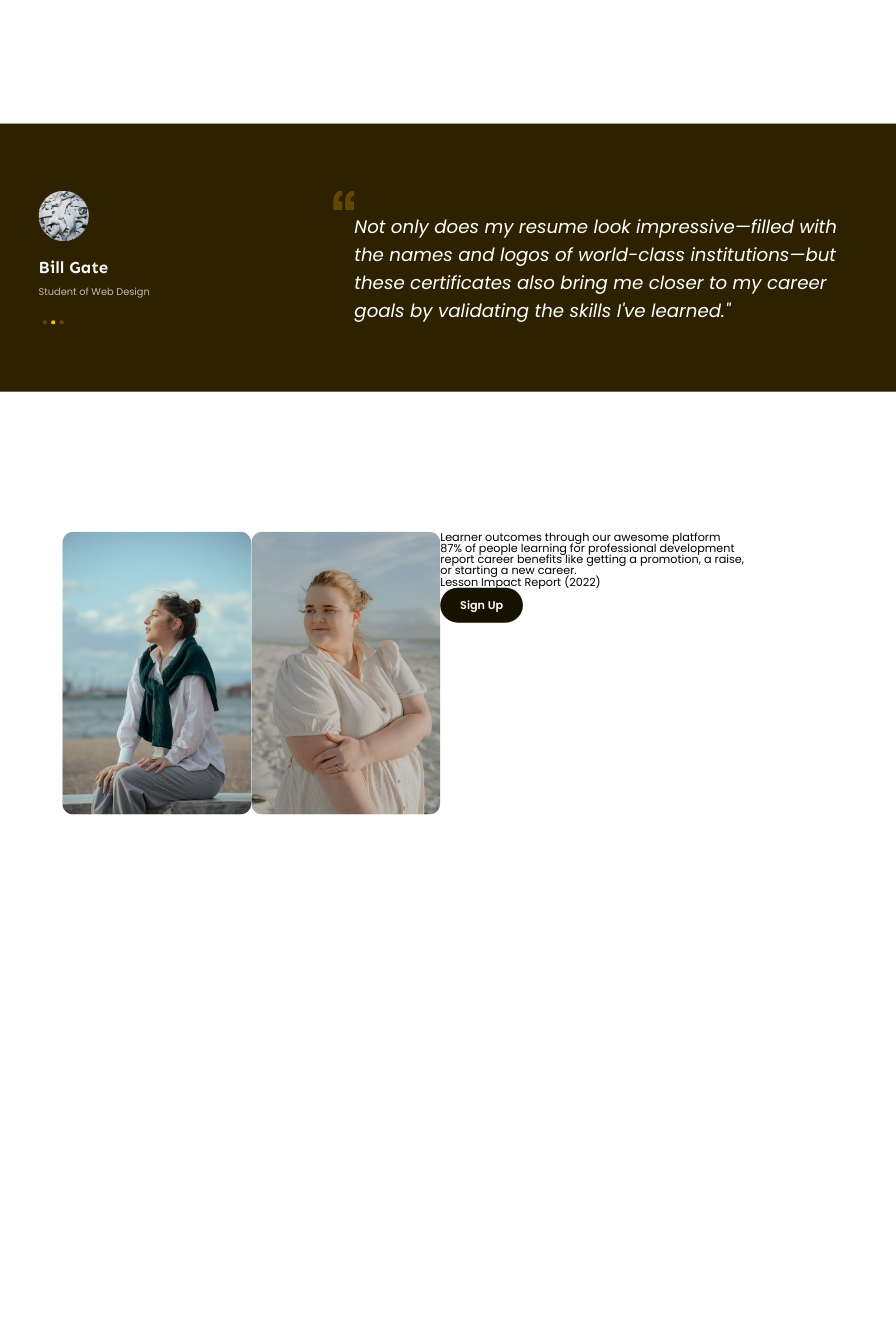
Repository: dovanlanh/f8-project-02
Page: index.html
The author's editor kept a copy of each file at every save. The page is drawn from the files as they stood at one save, then again after the next save.
The browser window is 1280 px wide. The pictures show the part of the page from y = 1772 to 3692 px (the page is 10000 px tall), at 70% of full size.

Above is the page before, as saved 2023-02-10 08:53:48.

### index.html
<!DOCTYPE html>
<html lang="en">
<head>
    <meta charset="UTF-8">
    <meta http-equiv="X-UA-Compatible" content="IE=edge">
    <meta name="viewport" content="width=device-width, initial-scale=1.0">
    <title>F8 Project 02</title>
    <!-- reset css -->
    <link rel="stylesheet" href="./assets/css/reset.css">
    <!-- embed fonts -->
    <link rel="preconnect" href="https://fonts.googleapis.com">
    <link rel="preconnect" href="https://fonts.gstatic.com" crossorigin>
    <link href="https://fonts.googleapis.com/css2?family=Poppins:ital,wght@0,400;0,500;0,600;0,700;1,400&family=Sen:wght@700&display=swap" rel="stylesheet">
    <!-- style -->
    <link rel="stylesheet" href="./assets/css/styles.css">
</head>
<body>
    <main style=" height: 10000px">
        <!-- header  -->
        <header class="header fixed">
            <div class="main-content">
                    <div class="body">
                        <!-- logo -->
                        <img src="./assets/img/Lesson.svg" alt="Lesson" class="Logo">
                        <!-- nav -->
                        <nav class="nav">
                            <ul>
                                <li class="active">
                                    <a href="#!">Home</a>
                                </li>
                                <li>
                                    <a href="#!">Courses</a>
                                </li>
                                <li>
                                    <a href="#!">Pricing</a>
                                </li>
                                <li>
                                    <a href="#!">Reviews</a>
                                </li>
                            </ul>
                        </nav>
                        <!-- active -->
                        <div class="action">
                            <a href="#!" class="btn sign-up-btn">Sign Up</a>
                        </div>
                    </div>
            </div>
        </header>
        <!-- Hero -->
        <div class="hero">
            <div class="main-content">
                <div class="body">
                    <!-- Hero left -->
                    <div class="media-block">
                        <img src="./assets/img/guy-lesson.svg" alt="" class="img">
                        <div class="hero-summary">
                            <div class="item">
                                <div class="icon">
                                    <img src="./assets/img/list-icon1.svg" alt="">
                                </div>
                                <div class="info">
                                    <p class="label">20 Courses</p>
                                    <p class="tittle">UI/UX Design</p>
                                </div>
                            </div>
                            <div class="item">
                                <div class="icon">
                                    <img src="./assets/img/list-icon2.svg" alt="">
                                </div>
                                <div class="info">
                                    <p class="label">20 Courses</p>
                                    <p class="tittle">Development</p>
                                </div>
                            </div>
                            <div class="item">
                                <div class="icon">
                                    <img src="./assets/img/list-icon3.svg" alt="">
                                </div>
                                <div class="info">
                                    <p class="label">30 Courses</p>
                                    <p class="tittle">Marketing</p>
                                </div>
                            </div>
                        </div>
                    </div>
                    <!-- hero-right -->
                    <div class="content-block">
                        <h1 class="heading lv1">Learn without limits and spread knowledge.</h1>
                        <p class="desc">
                            Build new skills for that “this is my year” feeling with courses, certificates, and degrees from world-class universities and companies.
                        </p>
                            <div class="cta-group">
                                <a href="#!" class="btn hero-cta">See Courses</a>
                                <button class="watch-video">
                                    <div class="icon">
                                        <img src="./assets/img/icon-watch-video.svg" alt="">
                                    </div>
                                    <span>Watch Video</span>
                                </button>
                            </div>
                        <p class="desc">Recent engagement</p>
                        <div class="desc stats">
                            <strong>50K</strong>Students
                            <strong>70+</strong>Courses
                        </div>
                    </div>
                </div>
            </div>
        </div>
        <!-- Popular -->
        <div class="popular">
            <div class="main-content">
                <!-- popular top -->
                <div class="popular-top">
                    <div class="info">
                        <h2 class="heading lv2">Our popular courses</h2>
                        <p class="desc">Build new skills with new trendy courses and shine for the next future career.</p>
                    </div>
                    <div class="controls">
                        <button class="control-btn">
                            <svg width="8" height="14" viewBox="0 0 8 14" fill="none" xmlns="http://www.w3.org/2000/svg">
                                <path d="M7 1L1 7L7 13" stroke="currentColor" stroke-linecap="round" stroke-linejoin="round"/>
                            </svg>
                        </button>
                        <button class="control-btn">
                            <svg width="8" height="14" viewBox="0 0 8 14" fill="none" xmlns="http://www.w3.org/2000/svg">
                                <path d="M1 1L7 7L1 13" stroke="currentColor" stroke-linecap="round" stroke-linejoin="round"/>
                            </svg>
                        </button>
                    </div>
                </div>
                <!-- popular-bottom -->
                <div class="course-list">
                    <!-- course item 1 -->
                    <div class="course-item">
                        <img src="./assets/img/img-popular/course1.jpg" alt="Basic web design" class="thumb">
                        <div class="info">
                            <div class="head">
                                <h3 class="tittle line-clamp break-all">Basic web design</h3>
                                <div class="rating">
                                    <img src="./assets/img/Star.svg" alt="star" class="star">
                                    <span class="value">4.5</span>
                                </div>
                            </div>
                            <p class="desc-course line-clamp line-2 break-all">Get the best course, gain knowledge and shine for your future career.</p>
                            <div class="foot">
                                <span class="price">$120.75</span>
                                <button class="btn">Book Now</button>
                            </div>
                        </div>
                    </div>
                    <!-- course item 2 -->
                    <div class="course-item">
                        <img src="./assets/img/img-popular/course2.jpg" alt="UI/UX design" class="thumb">
                        <div class="info">
                            <div class="head">
                                <h3 class="tittle line-clamp break-all">UI/UX design</h3>
                                <div class="rating">
                                    <img src="./assets/img/Star.svg" alt="star" class="star">
                                    <span class="value">4.5</span>
                                </div>
                            </div>
                            <p class="desc-course line-clamp line-2 break-all">Get the best course, gain knowledge and shine for your future career.</p>
                            <div class="foot">
                                <span class="price">$120.75</span>
                                <button class="btn">Book Now</button>
                            </div>
                        </div>
                    </div>
                    <!-- course item 3 -->
                    <div class="course-item">
                        <img src="./assets/img/img-popular/course3.jpg" alt="Web App design" class="thumb">
                        <div class="info">
                            <div class="head">
                                <h3 class="tittle line-clamp break-all">Web App design</h3>
                                <div class="rating">
                                    <img src="./assets/img/Star.svg" alt="star" class="star">
                                    <span class="value">4.5</span>
                                </div>
                            </div>
                            <p class="desc-course line-clamp line-2 break-all">Get the best course, gain knowledge and shine for your future career.</p>
                            <div class="foot">
                                <span class="price">$120.75</span>
                                <button class="btn">Book Now</button>
                            </div>
                        </div>
                    </div>
                </div>
            </div>
        </div>
        <!-- feedback -->
        <div class="feedback">
            <div class="main-content">
                <div class="feedback-list">
                    <!-- item 1 -->
                    <div class="feedback-item">
                        <!-- fdb-left -->
                        <div class="info">
                            <img src="./assets/img/img-quotes.jpg" alt="Peter Moor" class="feedback-avt">
                            <p class="tittle-fdb">Peter Moor</p>
                            <p class="desc-fdb">Student of Web Design</p>
                            <div class="dots">
                                <span class="dot active"></span>
                                <span class="dot"></span>
                                <span class="dot"></span>
                            </div>
                        </div>
                        <!-- fdb-right -->
                        <div class="content-fdb">
                            <img src="./assets/img/open-quotes.svg" alt="open quotes" class="open-quotes">
                            <blockquote>
                                Not only does my resume look impressive—filled with the names and logos of world-class institutions—but these certificates also bring me closer to my career goals by validating the skills I've learned."
                            </blockquote>
                        </div>
                    </div>
                    <!-- item 2 -->
                    <div class="feedback-item">
                        <!-- fdb-left -->
                        <div class="info">
                            <img src="./assets/img/img-quotes.jpg" alt="Peter Moor" class="feedback-avt">
                            <p class="tittle-fdb">Bill Gate</p>
                            <p class="desc-fdb">Student of Web Design</p>
                            <div class="dots">
                                <span class="dot"></span>
                                <span class="dot active"></span>
                                <span class="dot"></span>
                            </div>
                        </div>
                        <!-- fdb-right -->
                        <div class="content-fdb">
                            <img src="./assets/img/open-quotes.svg" alt="open quotes" class="open-quotes">
                            <blockquote>
                                Not only does my resume look impressive—filled with the names and logos of world-class institutions—but these certificates also bring me closer to my career goals by validating the skills I've learned."
                            </blockquote>
                        </div>
                    </div>
                    <!-- item 3 -->
                    <div class="feedback-item">
                        <!-- fdb-left -->
                        <div class="info">
                            <img src="./assets/img/img-quotes.jpg" alt="Peter Moor" class="feedback-avt">
                            <p class="tittle-fdb">Elon Musk</p>
                            <p class="desc-fdb">Student of Web Design</p>
                            <div class="dots">
                                <span class="dot"></span>
                                <span class="dot"></span>
                                <span class="dot active"></span>
                            </div>
                        </div>
                        <!-- fdb-right -->
                        <div class="content-fdb">
                            <img src="./assets/img/open-quotes.svg" alt="open quotes" class="open-quotes">
                            <blockquote>
                                Not only does my resume look impressive—filled with the names and logos of world-class institutions—but these certificates also bring me closer to my career goals by validating the skills I've learned."
                            </blockquote>
                        </div>
                    </div>
                </div>
            </div>
        </div>
        <!-- Features -->
        <div class="features">
            <div class="main-content">
                <div class="body">
                    <div class="imges">
                        <img src="./assets/img/feature-1.jpg" alt="Learner outcomes through our awesome platform">
                        <img src="./assets/img/feature-2.jpg" alt="Learner outcomes through our awesome platform">
                    </div>
                    <div class="content">
                        <h2 class="feature-heading">Learner outcomes through our awesome platform</h2>
                        <p class="feature-desc">87% of people learning for professional development report career benefits like getting a promotion, a raise, or starting a new career.</p>
                        <p class="feature-desc">Lesson Impact Report (2022)</p>
                        <a class="btn" href="#!">Sign Up</a>
                    </div>
                </div>
            </div>
        </div>
    </main>
</body>
</html>

### assets/css/styles.css
* {
    box-sizing: border-box;
}
:root {
    --font-heading: sen, sans-serif;
    --primary-color:#FFB900;
}
html,
body {
    scroll-behavior: smooth;
    font-size: 62.5%;
}

html {
    font-size: 62.5%;
}

body {
    font-size: 1.6rem;
    font-family: 'Poppins', sans-serif;
}

/* common */
.break-all {
    word-break: break-all;
}
.line-clamp {
    display: -webkit-box;
    -webkit-line-clamp: var(--line-clamp, 1);
    -webkit-box-orient: vertical;
    overflow: hidden;
}
.line-clamp.line-2 {
    --line-clamp: 2;
}
.heading {
    font-family: var(--font-heading);
    font-weight: 700;
    letter-spacing: -0.02em;
    color: #171100;
}
a {
    text-decoration: none;
}
.main-content {
    width: 1170px;
    max-width: calc(100% - 48px);
    margin-left: auto;
    margin-right: auto;
}
.btn {
    min-width: 118px;
    display: inline-block;
    padding: 0 16px;
    align-items: center;
    line-height: 50px;
    font-weight: 600;
    font-size: 1.6rem;
    text-align: center;
    color: #FFFFFF;
    background: #171100;
    border-radius: 999px;
}
.btn:hover {
    opacity: 0.9;
}
/* header */
.header {
    background:#FFFCF4;
}
.header.fixed {
    position: sticky;
    top: -28px;
    z-index: 1;
}
.header .body {
    display: flex;
    align-items: center;
    padding: 36px 0 8px;
}
.nav ul {
    display: flex;
}

.nav {
    margin-left: auto;
}
.nav a {
    position: relative;
    padding: 8px 21px;
    font-weight: 400;
    font-size: 1.6rem;
    color: #5F5B53;
}
.nav a:hover,
.nav li.active a {
    text-shadow: 1px 0 0 currentColor;
    color: #171100;
}
.nav li.active a::after {
    left: 21px;
    bottom: 6px;
    display: block;
    content: "";
    position: absolute;
    width: 12px;
    height: 2px;
    background: #171100;
    border-radius: 1px;
}
.header .sign-up-btn {
    min-width: 144px;
}
.header .action {
    margin-left: 49px;
}

/* hero */
.hero {
    padding: 56px 0 65px;
    background:#FFFCF4;
}
.hero .body {
    display: flex;
}
/* hero left */
.hero .media-block {
    width: 48%;
    position: relative;
}

.hero .media-block .img {
    width: 470px;
    height: 685px;
    object-fit: cover;
    border-radius: 20px;
    display: block;
}
.hero .media-block .hero-summary {
    position: absolute;
    right: 0;
    bottom: 48px;
}
.hero .hero-summary {
    width: 270px;
    padding: 24px;
    background: #FFFFFF;
    box-shadow: 0px 16px 32px rgba(0, 0, 0, 0.05);
    border-radius: 12px;
}
.hero-summary .item {
    display: flex;
    align-items: center;
}
.hero-summary .icon {
    width: 48px;
    height: 48px;
    border-radius: 50%;
    display: flex;
    align-items: center;
    justify-content: center;
    background: #FFF9E8;
}
.hero-summary .info {
    margin-left: 16px;
}
.hero-summary .label {
    font-weight: 400;
    font-size: 1.4rem;
    line-height: 1.86;
    color: #5F5B53;
}
.hero-summary .tittle {
    font-weight: 600;
    font-size: 1.8rem;
    line-height: 1.67;
    color: #171100;
}
.hero-summary .item + .item {
    margin-top: 22px;
}
.hero-summary .item:nth-of-type(2) .icon {
    background: #FCEFFF;
}
.hero-summary .item:nth-of-type(3) .icon {
    background: #EBEAFF;
}
/* hero right */
.hero .content-block {
    width: 52%;
    padding: 64px 0 0 130px;
}
.hero .content-block .heading.lv1 {
    font-size: 5.8rem;
    line-height: 1.17;
}
.content-block .desc {
    margin-top: 22px;
    font-weight: 400;
    font-size: 1.8rem;
    line-height: 1.67;
    color: #5F5B53;
}
.content-block .cta-group {
    margin: 38px 0 48px;
}
.content-block .cta-group .hero-cta{
    min-width: 180px;
    background-color: var(--primary-color);
    line-height: 64px;
}
.content-block .cta-group {
    display: flex;
    align-items: center;
}
.hero .watch-video {
    margin-left: 28px;
    display: flex;
    align-items: center;
    border: none;
    background: transparent;
    cursor: pointer;

}
.cta-group span {
    font-family: 'poppins', sans-serif;
    margin-left: 14px;
    font-weight: 600;
    font-size: 1.8rem;
    line-height: 1.67;
    color: #171100;
}
.hero .watch-video .icon {
    display: flex;
    align-items: center;
    justify-content: center;
    width: 40px;
    height: 40px;
    background: #FFFFFF;
    box-shadow: 0px 8px 16px rgba(0, 0, 0, 0.07);
    border-radius: 50%;
    cursor: pointer;
}
.hero .watch-video .icon:hover {
    background: orange;
    opacity: 0.5;
}
.hero .stats {
    margin: 8px 0 0 -28px;

}
.hero .stats strong {
    --font-heading: sen, sans-serif;
    padding: 0 8px 0 28px;
    font-weight: 700;
    font-size: 4.4rem;
    line-height: 1.23;
    color: #171100;
}
/* popular */
.popular {
    padding: 65px 0;
    margin-top: 135px;
}
.popular .heading.lv2 {
    font-size: 3.8rem;
    line-height: 1.26;
}
.popular .desc {
    margin-top: 16px;
    width: 458px;
    font-weight: 400;
    font-size: 1.8rem;
    line-height: 1.67;
    color: #5F5B53;
}
.popular .popular-top {
    display: flex;
    justify-content: space-between;
    align-items: center;
}
.popular-top .controls {
    display: flex;
    gap: 18px;
}
.popular-top .control-btn {
    display: flex;
    align-items: center;
    justify-content: center;
    width: 40px;
    height: 40px;
    color: var(--primary-color);
    border: 1px solid var(--primary-color);
    border-radius: 50%;
    background: transparent;
}
.popular-top .control-btn:hover {
    color: #fff;
    background: var(--primary-color);
    cursor: pointer;
}
/* Course list */
.popular .course-list {
    display: flex;
    gap: 30px;
    margin-top: 55px;
}
.popular .course-item {
    flex: 1;
    width: 370px;
    background: #FFFFFF;
    border: 1px solid #E2DFDA;
    border-radius: 12px;
}
.popular .course-item .thumb {
    width: calc(100% + 2px);
    height: 278px;
    margin: -1px;
    object-fit: cover;
    border-radius: 12px 12px 0px 0px;
}
.popular .course-item .info {
    padding: 16px 22px 22px;
}
.popular .course-item .foot,
.popular .course-item .rating,
.popular .course-item .head {
    display: flex;
    align-items: center;
    justify-content: space-between;
}
.popular .course-item .tittle {
    padding-right: 6px;
    font-weight: 600;
    font-size: 1.8rem;
    line-height: 1.67;
    color: #171100;
}
.popular .course-item .rating .value {
    margin-left: 6px;
    font-weight: 400;
    font-size: 1.6rem;
    line-height: 1.75;
    color: #FEA31B;
}
.popular .course-item .desc-course {
    margin-top: 6px;
    font-weight: 400;
    font-size: 1.4rem;
    line-height: 1.86;
    color: #5F5B53;
}
.popular .foot {
    margin-top: 12px;
}
.popular .foot .price{
    font-weight: 600;
    font-size: 1.8rem;
    line-height: 1.67;
    color: #171100;
}
.popular .foot .btn {
    height: 50px;
    border: none;
}
.popular .foot .btn:hover {
    background: #FFB900;
    transition: 0.2s;
}
/* feedback */
.feedback {
    margin-top: 135px;
    background: #2E2100;
    padding: 96px 0;
}
.feedback-list {
    display: flex;
    overflow: hidden;
}
.feedback-item {
    display: flex;
    flex-shrink: 0;
    width: 100%;
    transform: translateX(-100%);
    transition: all ease 0.3s;
}
.feedback-item .feedback-avt {
    width: 72px;
    height: 72px;
    object-fit: cover;
    border-radius: 50%;
}
.feedback-item .tittle-fdb {
    font-family: var(--font-heading);
    margin-top: 18px;
    font-weight: 700;
    font-size: 2.4rem;
    line-height: 1.42;
    color: #F7F7F7;
}
.feedback-item .desc-fdb {
    margin-top: 4px;
    font-weight: 400;
    font-size: 1.4rem;
    line-height: 1.86;
    color: #BFBCB3;
}
.feedback-item .dots {
    display: flex;
    margin-top: 28px;
}
.feedback-item .dot {
    width: 6px;
    height: 6px;
    margin-left: 6px;
    border-radius: 50%;
    background: #634700;
}
.feedback-item .dot.active{
    background: #FFB900;
    transition: 0.2s;
}
.feedback-item .content-fdb {
    width: 64%;
    margin-left: auto;
}
.content-fdb blockquote {
    margin-left: 30px;
    font-style: italic;
    font-weight: 400;
    font-size: 2.6rem;
    line-height: 1.54;
    color: #FFFFFF;
}
/* feature */
.features {
    padding: 65px;
    margin-top: 135px;
}
.features .body {
    display: flex;
}
.features .content {
    width: 40%;
}
.features .imges {
    display: flex;
}
.features .imges img {
    width: 270px;
    height: 404px;
    object-fit: cover;
    border-radius: 16px;
    gap: 30px;
}

Loaded but not shown: assets/css/reset.css (common file)

After the next save:
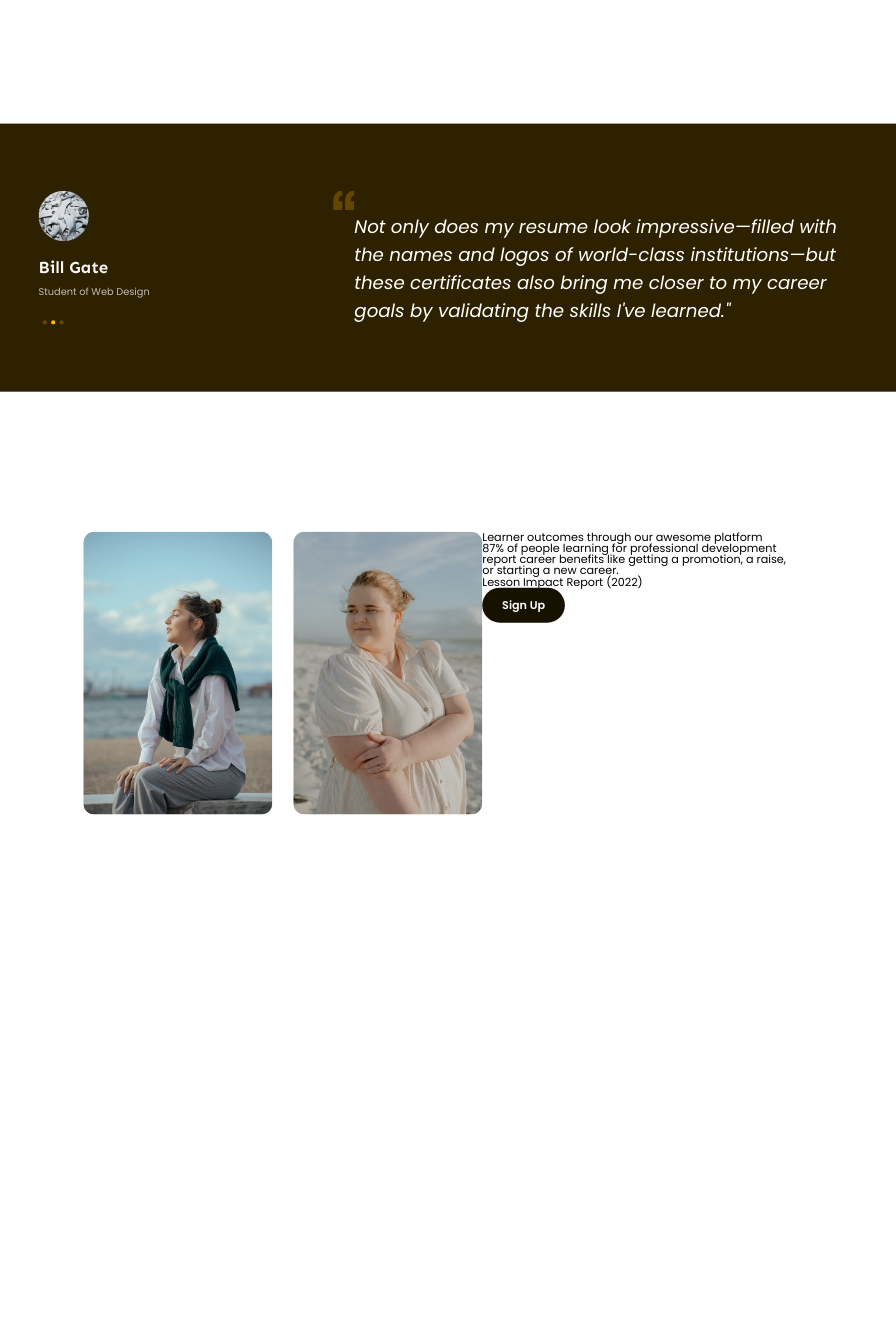
Saved 22 s later.
--- a/assets/css/styles.css
+++ b/assets/css/styles.css
@@ -451,5 +451,5 @@ a {
     height: 404px;
     object-fit: cover;
     border-radius: 16px;
-    gap: 30px;
-}
+    margin-left: 30px;;
+}
